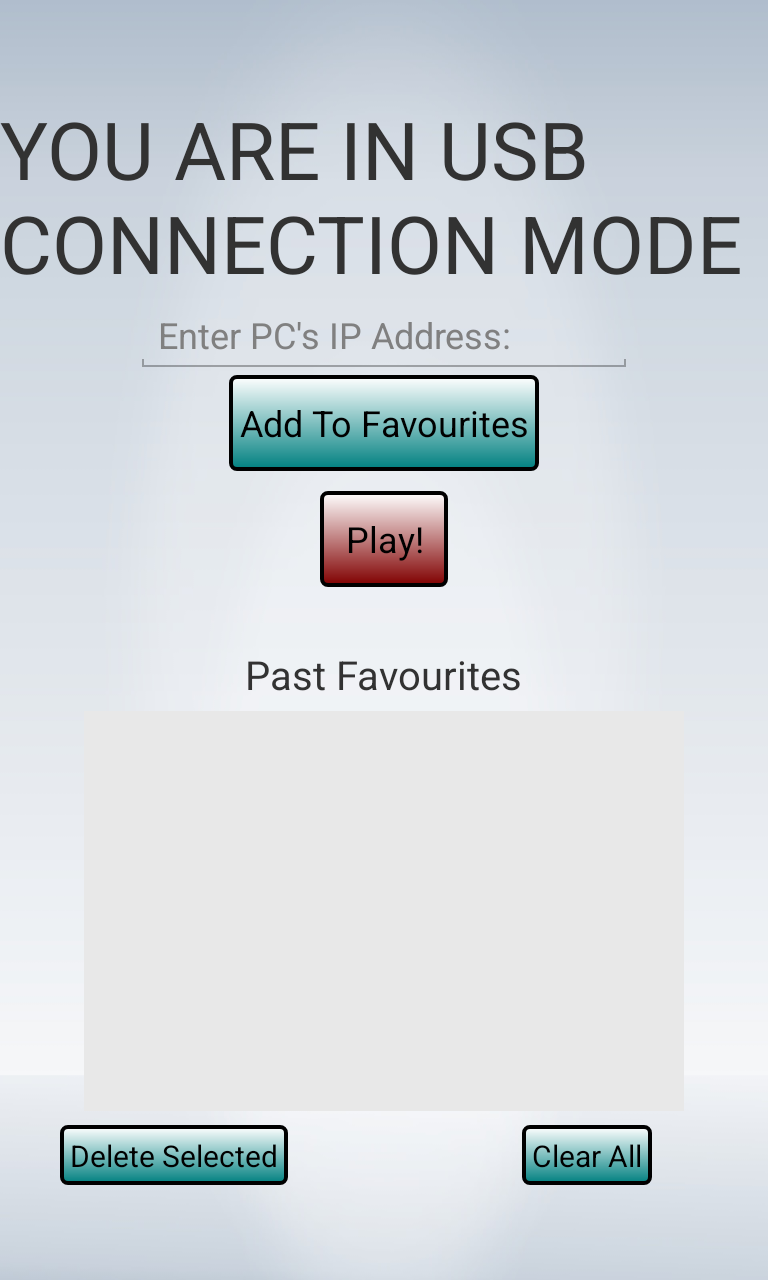
Repository: neha01mittal/AndroidGameController
Layout: AndroidTCPComm/AndroidGameController/GameControllerDataTransfer/res/layout/activity_usb.xml
The author's editor kept a copy of each file at every save. The layout is drawn from the files as they stood at one save, then again after the next save.
It is drawn on a 768 x 1280 px phone screen (xhdpi) without system bars, with theme AppTheme; the app's code is not run. Lists and similar views that code fills are empty.

Above is the layout before, as saved 2013-12-12 09:07:08.

After the next save:
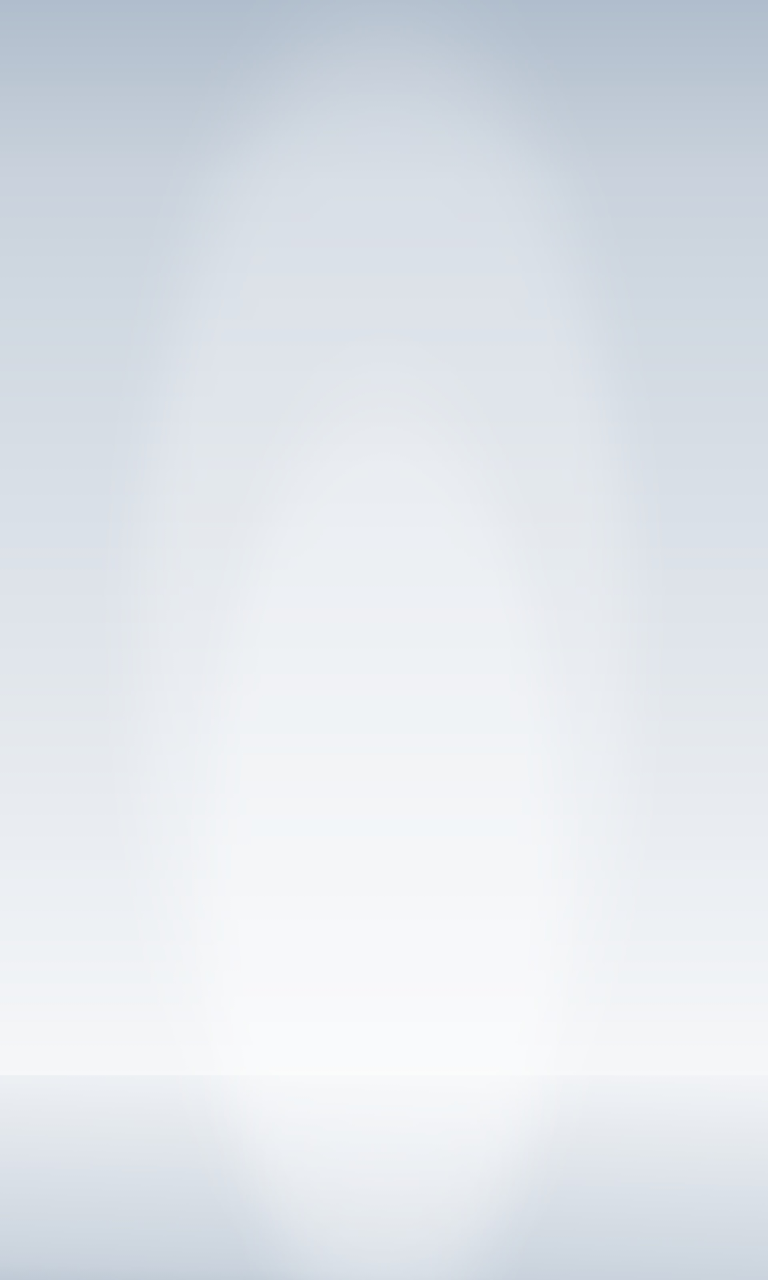
Saved 10 s later.
--- a/AndroidTCPComm/AndroidGameController/GameControllerDataTransfer/res/layout/activity_usb.xml
+++ b/AndroidTCPComm/AndroidGameController/GameControllerDataTransfer/res/layout/activity_usb.xml
@@ -1,111 +1,8 @@
 <?xml version="1.0" encoding="utf-8"?>
-
-    <LinearLayout xmlns:android="http://schemas.android.com/apk/res/android"
-        android:layout_width="fill_parent"
-        android:layout_height="fill_parent"
-        android:background="@drawable/background1"
-        android:gravity="center_vertical"
-        android:orientation="vertical" >
-
-        <TextView
-            android:layout_width="wrap_content"
-            android:layout_height="wrap_content"
-            android:layout_gravity="center"
-            android:text="YOU ARE IN USB CONNECTION MODE"
-            android:textSize="40sp" />
-
-        <EditText
-            android:id="@+id/user_input"
-            android:layout_width="250dp"
-            android:layout_height="wrap_content"
-            android:layout_gravity="center"
-            android:hint="@string/enter_ipaddress" />
-
-        <Button
-            android:id="@+id/addToFavourites"
-            android:layout_width="wrap_content"
-            android:layout_height="wrap_content"
-            android:layout_gravity="center"
-            android:background="@layout/button_background"
-            android:padding="5dp"
-            android:text="@string/addToFavourites" />
-
-        <View
-            android:layout_width="1dp"
-            android:layout_height="10dp" >
-        </View>
-
-        <Button
-            android:id="@+id/play"
-            android:layout_width="wrap_content"
-            android:layout_height="wrap_content"
-            android:layout_gravity="center"
-            android:background="@layout/button_background_red"
-            android:padding="5dp"
-            android:text="@string/play" />
-
-        <!-- blank spaces -->
-
-        <View
-            android:layout_width="1dp"
-            android:layout_height="30dp" >
-        </View>
-
-        <TextView
-            android:layout_width="wrap_content"
-            android:layout_height="wrap_content"
-            android:layout_gravity="center"
-            android:text="@string/ip_list"
-            android:textSize="20sp" />
-
-        <View
-            android:layout_width="1dp"
-            android:layout_height="5dp" >
-        </View>
-
-        <ListView
-            android:id="@android:id/list"
-            android:layout_width="300dp"
-            android:layout_height="200dp"
-            android:layout_gravity="center"
-            android:background="#E8E8E8"
-            android:divider="#00000000"
-            android:dividerHeight="10dp"
-            android:drawSelectorOnTop="true"
-            android:textFilterEnabled="true" />
-
-        <View
-            android:layout_width="1dp"
-            android:layout_height="7dp" >
-        </View>
-
-        <LinearLayout
-            android:id="@+id/linear_layout"
-            android:layout_width="match_parent"
-            android:layout_height="wrap_content"
-            android:orientation="horizontal" >
-
-            <Button
-                android:id="@+id/delete"
-                android:layout_width="wrap_content"
-                android:layout_height="30dp"
-                android:layout_gravity="right"
-                android:layout_marginLeft="30dp"
-                android:layout_marginRight="117dp"
-                android:background="@layout/button_background"
-                android:padding="5dp"
-                android:text="@string/delete"
-                android:textSize="15sp" />
-
-            <Button
-                android:id="@+id/clearList"
-                android:layout_width="wrap_content"
-                android:layout_height="30dp"
-                android:layout_gravity="left"
-                android:layout_marginRight="10dp"
-                android:background="@layout/button_background"
-                android:padding="5dp"
-                android:text="@string/clearList"
-                android:textSize="15sp" />
-        </LinearLayout>
-    </LinearLayout>
+<LinearLayout xmlns:android="http://schemas.android.com/apk/res/android"
+    android:layout_width="fill_parent"
+    android:layout_height="fill_parent"
+    android:background="@drawable/background1"
+    android:gravity="center_vertical"
+    android:orientation="vertical" >
+</LinearLayout>
